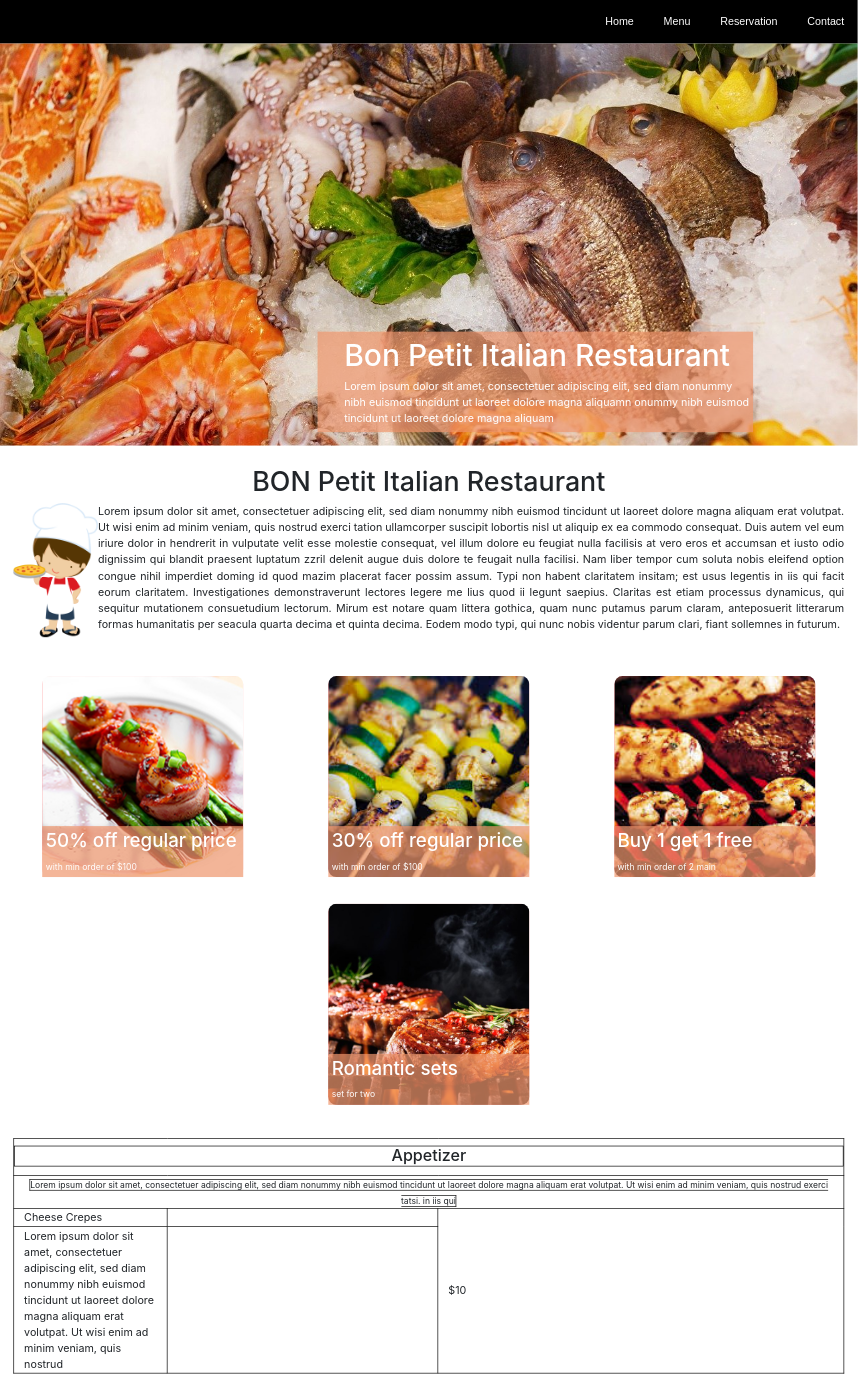
Repository: 4forces/HTML-CSS-LESSON
Page: lesson04-Mock-up-restaurant-tables/mock-up-project.html
The author's editor kept a record of every edit. The page is drawn from the files as they stood at one moment, then again after the next edit.
The browser window is 1280 px wide. The pictures show the whole page, at 67% of full size.

Above is the page before.

### lesson04-Mock-up-restaurant-tables/mock-up-project.html
<!doctype html>
<html lang="en">
  <head>
    <!-- Required meta tags -->
    <meta charset="utf-8">
    <meta name="viewport" content="width=device-width, initial-scale=1, shrink-to-fit=no">

    <!-- Bootstrap CSS -->
    <link rel="stylesheet" href="https://stackpath.bootstrapcdn.com/bootstrap/4.5.0/css/bootstrap.min.css" integrity="sha384-9aIt2nRpC12Uk9gS9baDl411NQApFmC26EwAOH8WgZl5MYYxFfc+NcPb1dKGj7Sk" crossorigin="anonymous">

    <link rel="stylesheet" href="styles/mock-up.css" type="text/css" />
    <title>Hello, world!</title>
  </head>
  <body>
     <!--Navbar -->
    <header>
        <nav>
            <ul>
                <li><a href=''>Home</a></li>
                <li><a href=''>Menu</a></li>
                <li><a href=''>Reservation</a></li>
                <li><a href=''>Contact</a></li>
            </ul>
        </nav>
    </header>
    <!--end of navbar-->

    <!--Hero image with callout-->
    <div id="hero-image">
        <div>&nbsp</div>
        <div id='callout'>
            <h1>Bon Petit Italian Restaurant</h1>
            <p>Lorem ipsum dolor sit amet, consectetuer adipiscing elit,
            sed diam nonummy nibh euismod tincidunt ut laoreet dolore
            magna aliquamn onummy nibh euismod tincidunt ut laoreet dolore
            magna aliquam</p>
        </div>
    </div>

    <!--About us section-->
    <main id='section-about'>
        <h1>BON Petit Italian Restaurant</h1>
        <img src="images/boy_chef.png" alt=''/>
        <p>Lorem ipsum dolor sit amet, consectetuer adipiscing elit,
        sed diam nonummy nibh euismod tincidunt ut laoreet dolore
        magna aliquam erat volutpat. Ut wisi enim ad minim veniam,
        quis nostrud exerci tation ullamcorper suscipit lobortis nisl
        ut aliquip ex ea commodo consequat. Duis autem vel eum iriure
        dolor in hendrerit in vulputate velit esse molestie consequat,
        vel illum dolore eu feugiat nulla facilisis at vero eros et
        accumsan et iusto odio dignissim qui blandit praesent luptatum
        zzril delenit augue duis dolore te feugait nulla facilisi.
        Nam liber tempor cum soluta nobis eleifend option congue
        nihil imperdiet doming id quod mazim placerat facer possim
        assum. Typi non habent claritatem insitam; est usus legentis
        in iis qui facit eorum claritatem. Investigationes
        demonstraverunt lectores legere me lius quod ii legunt saepius.
        Claritas est etiam processus dynamicus, qui sequitur mutationem
        consuetudium lectorum. Mirum est notare quam littera gothica,
        quam nunc putamus parum claram, anteposuerit litterarum formas
        humanitatis per seacula quarta decima et quinta decima. Eodem
        modo typi, qui nunc nobis videntur parum clari, fiant sollemnes
        in futurum.</p>

    </main>

    <!--section-promotion dishes-->
    <div id='section-promo'>
        <div class="promo-1 promo-frame">
            <div class='promo'>
                <h3>50% off regular price</h3>
                <small>with min order of $100</small>
            </div>
        </div>
        <div class="promo-2 promo-frame">
            <div class='promo'>
                <h3>30% off regular price</h3>
                <small>with min order of $100</small>
            </div>
        </div>
        <div class="promo-3 promo-frame">
            <div class='promo'>
                <h3>Buy 1 get 1 free</h3>
                <small>with min order of 2 main</small>
            </div>
        </div>
        <div class="promo-4 promo-frame">
            <div class='promo'>
                <h3>Romantic sets</h3>
                <small>set for two</small>
            </div>
        </div>

    </div>

    <!--Menu table-->
    <div id="section-menu">
        <table>
            <!--header-->
            <thead>
                <tr>
                    <th colspan='3' class='col-1' style='text-align:center; padding: 10px 0px 5px; '><h4>Appetizer</h4></th>
                </tr>

                <!--description-->
                <tr>
                    <th  colspan='3' style='text-align:center; padding : 0 20px ;'>
                        <small >Lorem ipsum dolor sit amet, consectetuer adipiscing elit,
                    sed diam nonummy nibh euismod tincidunt ut laoreet dolore
                    magna aliquam erat volutpat. Ut wisi enim ad minim veniam,
                    quis nostrud exerci tatsi.
                    in iis qui </small></th>

                </tr>
            </thead>

            <tbody>
                <!--dish name-->
                <div></div>
                <tr>
                    <td class='col-1'>Cheese Crepes</td>
                    <td class='col-2'></td>
                    <td rowspan='2' class='col-3'>$10</td>
                </tr>
                <!--description of dish-->
                <tr>
                    <td class='col-1'>
                        Lorem ipsum dolor sit amet, consectetuer adipiscing elit,
                        sed diam nonummy nibh euismod tincidunt ut laoreet dolore
                        magna aliquam erat volutpat. Ut wisi enim ad minim veniam,
                        quis nostrud
                    </td>
                    <td></td>
                    <!--<td></td>-->
                </tr>
                </div>
            </tbody>
        </table>
    </div>
    <!--reviews by customer    -->

    <!--reservation form-->

    <!--footer to social media-->

    <!-- Optional JavaScript -->
    <!-- jQuery first, then Popper.js, then Bootstrap JS -->
    <script src="https://code.jquery.com/jquery-3.5.1.slim.min.js" integrity="sha384-DfXdz2htPH0lsSSs5nCTpuj/zy4C+OGpamoFVy38MVBnE+IbbVYUew+OrCXaRkfj" crossorigin="anonymous"></script>
    <script src="https://cdn.jsdelivr.net/npm/popper.js@1.16.0/dist/umd/popper.min.js" integrity="sha384-Q6E9RHvbIyZFJoft+2mJbHaEWldlvI9IOYy5n3zV9zzTtmI3UksdQRVvoxMfooAo" crossorigin="anonymous"></script>
    <script src="https://stackpath.bootstrapcdn.com/bootstrap/4.5.0/js/bootstrap.min.js" integrity="sha384-OgVRvuATP1z7JjHLkuOU7Xw704+h835Lr+6QL9UvYjZE3Ipu6Tp75j7Bh/kR0JKI" crossorigin="anonymous"></script>
  </body>
</html>

### lesson04-Mock-up-restaurant-tables/styles/mock-up.css
body{
    margin : 0;
    padding: 0;
}
/*Navbar */
nav ul {
    background-color: black;
    margin:0;
    padding:0;
    text-align: right;
}
nav li {
    display: inline-block ; /* block inline inline-block flex... */
    padding : 20px;
}
nav  a{
    text-decoration: none;
    color : white;
    cursor: crosshair;
    font-family: 'Montserrat', sans-serif;

}
/*end of navbar */
#hero-image {
    height: 600px;
    background-image: url(../images/seafood-banner.jpg);
    background-repeat: no-repeat;
    background-position: 60% 0%;
    background-size: cover;
    position: relative;

    display : flex;
    justify-content: space-around;
    align-items:flex-end;
}
#callout {
    width :650px;
    height: 150px;
    background-color: rgba(240, 151, 110, 0.7);
    padding-top : 10px;
    padding-left: 40px;
    padding-right: 5px;
    color : white;

    margin-bottom: 20px;
}
#callout h1 {
    font-size: 280%;
    margin-bottom: 5px;
}

/*section about*/
#section-about {
    padding: 30px 20px;
    text-align: center;
    min-height :300px;
}
#section-about img {
    height :200px;
    float : left;
}
#section-about p {
    text-align: justify;
}


#section-promo {
    min-height: 300px;
    display: flex;
    justify-content : space-around;
    flex-wrap : wrap;
}
.promo-1 {
    background-image: url(../images/smoked_duck_scallops_with_XO_sauce.jpg);
}
.promo-2 {
    background-image: url(../images/bbq-skews.jpeg);
}
.promo-3 {
    background-image: url(../images/bbq-food.jpeg);
}
.promo-4 {
    background-image: url(../images/bbq-beef.jpg);
}
.promo-frame{
    background-position: center;
    background-repeat: no-repeat;
    background-size: cover;
    height: 300px;
    width : 300px;
    background-color: red;
    margin : 20px;
    border-radius: 12px;

    display : flex;
    align-items: flex-end;
}
.promo {
    padding : 5px;
    background-color: rgba(240, 151, 110, 0.7);
    color:white;
    width:100%;
}

#section-menu {
    padding: 30px 20px;
    min-height :300px;
}
table {
    width :100%;
}
table * {
    border : 1px black solid;
}
.col-1 {
    width:70%;
}
.col-2 {
    width :25%;
}
.col-3{
    width:25%;
}

After the next edit:
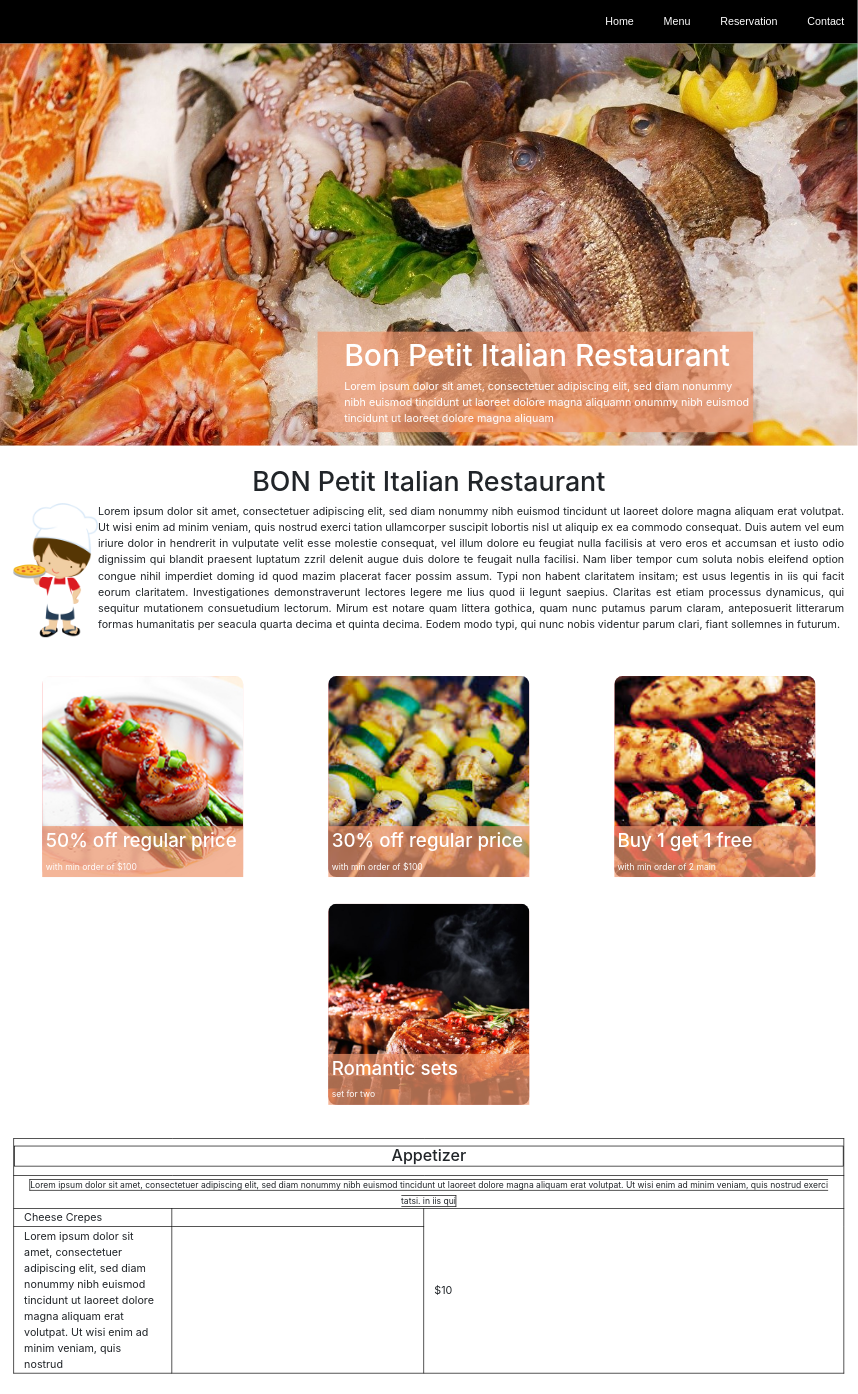
The edit:
--- a/lesson04-Mock-up-restaurant-tables/styles/mock-up.css
+++ b/lesson04-Mock-up-restaurant-tables/styles/mock-up.css
@@ -116,7 +116,7 @@
     width:70%;
 }
 .col-2 {
-    width :25%;
+    width :15%;
 }
 .col-3{
     width:25%;
